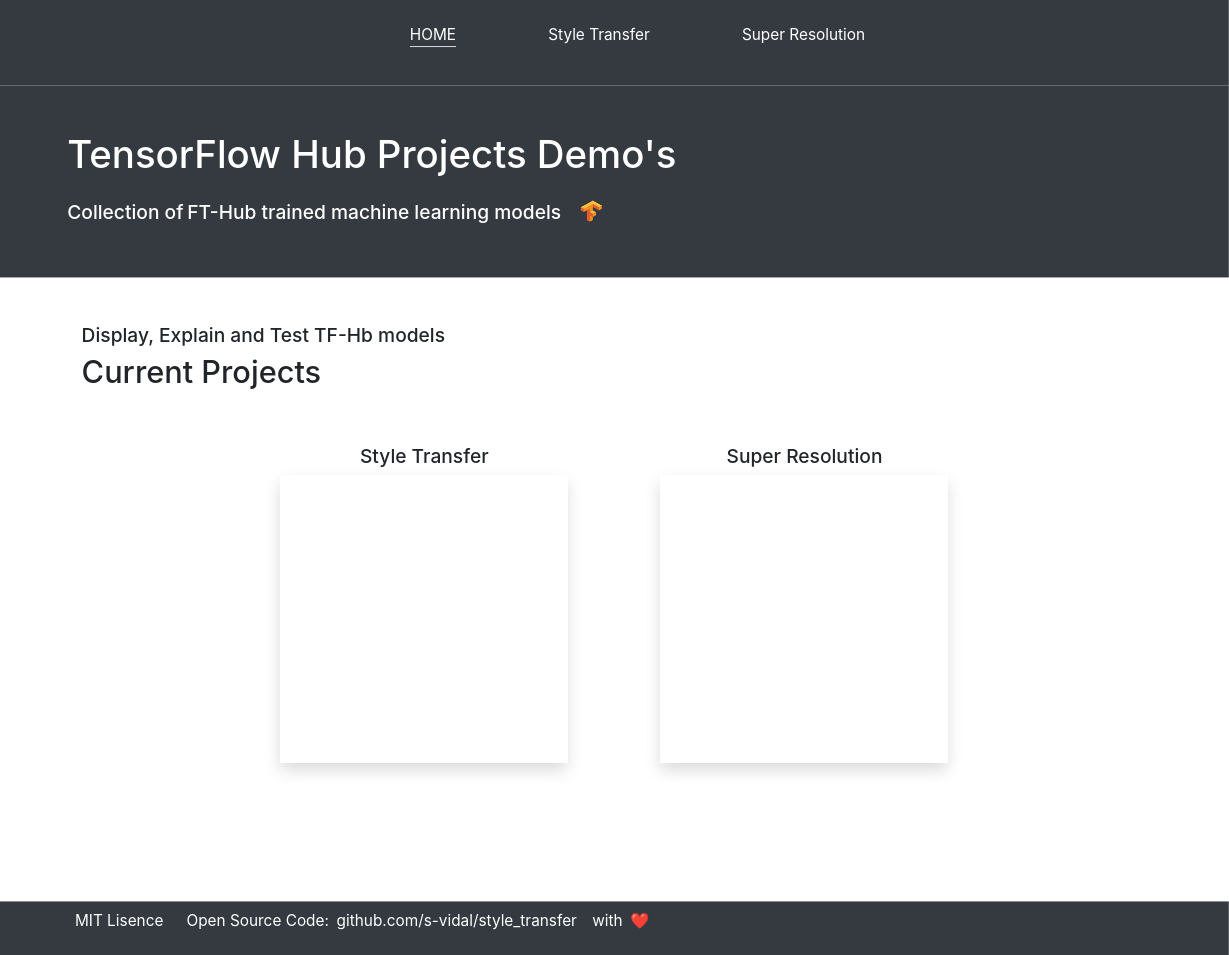
Repository: s-vidal/style_transfer
Page: / (app in client/)
These files come from the project's save history. The page is drawn as it stood at one moment and after the next save; the edit follows.
The browser window is 1280 px wide. The pictures show the whole page, at 96% of full size.
The page's requests for data from a server got no answer. The project was rebuilt for these pictures with package versions that can differ from the ones it lists, and the page was loaded fresh each time. A package was used in the major version that the imports need, not the one package.json lists. No one was signed in, and anything a server would have sent is missing. Also part of the build but not shown: client/src/components/DropZone.jsx, client/src/lib/api.js, client/src/components/Inference.jsx, client/src/components/Header.jsx, client/src/pages/StyleTransfer.jsx, client/src/pages/SuperResolution.jsx.

Above is the page before, as saved 2020-09-30 16:19:25.

### client/public/index.html
<!DOCTYPE html>
<html lang="en">
  <head>
    <meta charset="utf-8" />
    <link rel="icon" href="%PUBLIC_URL%/favicon.ico" />
    <meta name="viewport" content="width=device-width, initial-scale=1" />
    <meta name="theme-color" content="#000000" />
    <meta
      name="description"
      content="Web site created using create-react-app"
    />
    <link rel="apple-touch-icon" href="%PUBLIC_URL%/logo192.png" />
    <!--
      manifest.json provides metadata used when your web app is installed on a
      user's mobile device or desktop. See https://developers.google.com/web/fundamentals/web-app-manifest/
    -->
    <link rel="manifest" href="%PUBLIC_URL%/manifest.json" />
    <!--
      Notice the use of %PUBLIC_URL% in the tags above.
      It will be replaced with the URL of the `public` folder during the build.
      Only files inside the `public` folder can be referenced from the HTML.

      Unlike "/favicon.ico" or "favicon.ico", "%PUBLIC_URL%/favicon.ico" will
      work correctly both with client-side routing and a non-root public URL.
      Learn how to configure a non-root public URL by running `npm run build`.
    -->
    <!-- CSS only -->
    <link
      rel="stylesheet"
      href="https://stackpath.bootstrapcdn.com/bootstrap/4.5.2/css/bootstrap.min.css"
      integrity="sha384-JcKb8q3iqJ61gNV9KGb8thSsNjpSL0n8PARn9HuZOnIxN0hoP+VmmDGMN5t9UJ0Z"
      crossorigin="anonymous"
    />
    <title>React App</title>
  </head>
  <body>
    <noscript>You need to enable JavaScript to run this app.</noscript>
    <div id="root"></div>
    <!--
      This HTML file is a template.
      If you open it directly in the browser, you will see an empty page.

      You can add webfonts, meta tags, or analytics to this file.
      The build step will place the bundled scripts into the <body> tag.

      To begin the development, run `npm start` or `yarn start`.
      To create a production bundle, use `npm run build` or `yarn build`.
    -->
    <!-- JS, Popper.js, and jQuery -->
    <script
      src="https://code.jquery.com/jquery-3.5.1.slim.min.js"
      integrity="sha384-DfXdz2htPH0lsSSs5nCTpuj/zy4C+OGpamoFVy38MVBnE+IbbVYUew+OrCXaRkfj"
      crossorigin="anonymous"
    ></script>
    <script
      src="https://cdn.jsdelivr.net/npm/popper.js@1.16.1/dist/umd/popper.min.js"
      integrity="sha384-9/reFTGAW83EW2RDu2S0VKaIzap3H66lZH81PoYlFhbGU+6BZp6G7niu735Sk7lN"
      crossorigin="anonymous"
    ></script>
    <script
      src="https://stackpath.bootstrapcdn.com/bootstrap/4.5.2/js/bootstrap.min.js"
      integrity="sha384-B4gt1jrGC7Jh4AgTPSdUtOBvfO8shuf57BaghqFfPlYxofvL8/KUEfYiJOMMV+rV"
      crossorigin="anonymous"
    ></script>
  </body>
</html>

### client/src/App.js
import React from "react";
import {BrowserRouter as Router, Switch, Route} from "react-router-dom";
import "./App.css";
import StyleTransfer from "./pages/StyleTransfer";
import SuperResolution from "./pages/SuperResolution";
import Footer from "./components/Footer";
import NavBar from "./components/NavBar";
import HomePage from "./pages/HomePage";

function App() {
  return (
    <div>
      <Router>
        <NavBar />
        <Switch>
          <Route path="/super-resolution">
            <SuperResolution />
          </Route>
          <Route path="/style-transfer">
            <StyleTransfer />
          </Route>
          <Route path="/">
            <HomePage />
          </Route>
        </Switch>
        <Footer />
      </Router>
    </div>
  );
}

export default App;

### client/src/App.css
.vh-59 {
  min-height: 58.6vh;
}

.italic {
  font-style: italic;
}

### client/src/components/Footer.jsx
import React from "react";

const Footer = () => {
  return (
    <div className="text-white bg-dark">
      <div className="container mt-5">
        <div className="row p-2 mt-4">
          <p className="mr-4">MIT Lisence</p>
          <p>Open Source Code:</p>
          <a
            className="ml-2 text-white"
            href="https://github.com/s-vidal/style_transfer"
          >
            <span>github.com/s-vidal/style_transfer</span>
          </a>
          <p className="ml-3 mr-1"> with </p>
          <span role="img" aria-label="emoji" className="ml-1">
            ❤️
          </span>
        </div>
      </div>
    </div>
  );
};

export default Footer;

### client/src/components/NavBar.jsx
import React, {useState, useEffect} from "react";
import {Link, useLocation} from "react-router-dom";
import "./NavBar.css";

const NavBar = () => {
  const [currentPage, setCurrentPage] = useState("");
  const location = useLocation();

  useEffect(() => {
    const currentPath = location.pathname;
    setCurrentPage(currentPath.substring(1));
  }, [location]);

  return (
    <nav className="navbar navbar-expand-lg d-flex justify-content-center bg-dark pt-3 pb-3">
      <ul className="navbar-nav">
        <li className="nav-item">
          <Link className="nav-link pl-5 pr-5" to={"/"}>
            <div className="ml-5 ">
              <p
                className={
                  currentPage === ""
                    ? "text-white nav-text active border-bottom"
                    : "text-white nav-text"
                }
              >
                HOME
              </p>
            </div>
          </Link>
        </li>
        <li className="nav-item">
          <Link
            className="nav-link pl-5 pr-5 text-white"
            to={"/style-transfer"}
          >
            <p
              className={
                currentPage === "style-transfer"
                  ? "text-white nav-text active border-bottom"
                  : "text-white nav-text"
              }
            >
              Style Transfer
            </p>
          </Link>
        </li>
        <li className="nav-item active">
          <Link
            className="nav-link pl-5 pr-5 text-white"
            to={"/super-resolution"}
          >
            <p
              className={
                currentPage === "super-resolution"
                  ? "text-white nav-text active border-bottom"
                  : "text-white nav-text"
              }
            >
              Super Resolution
            </p>
          </Link>
        </li>
      </ul>
    </nav>
  );
};

export default NavBar;

### client/src/pages/HomePage.jsx
import React from "react";
import "../components/HomePage.css";

const HomePage = () => {
  return (
    <>
      <div className="bg-dark text-white p-4 pt-5 pb-5">
        <div className="container">
          <div className="row">
            <h1>TensorFlow Hub Projects Demo's</h1>
          </div>
          <div className="row mt-3">
            <h5>Collection of</h5>
            <a
              href="https://tfhub.dev/google/magenta/arbitrary-image-stylization-v1-256/2"
              className="pl-1 pr-1 text-white"
            >
              <h5>FT-Hub trained machine learning models</h5>
            </a>
            <img
              className="ml-3"
              src={require("../img/tf_logo.png")}
              alt="tf"
              width="22"
              height="22"
            ></img>
          </div>
        </div>
      </div>
      <div className="vh-59 p-5 pb-0">
        <div className="container">
          <h5>Display, Explain and Test TF-Hb models</h5>
          <div>
            <h2 className="mt-2">Current Projects</h2>
          </div>
          <div className="row d-flex justify-content-center">
            <div className="m-5">
              <h5 className="text-center">Style Transfer</h5>
              <div className="home-item shadow"></div>
            </div>
            <div className="m-5">
              <h5 className="text-center"> Super Resolution</h5>
              <div className="home-item shadow"></div>
            </div>
          </div>
        </div>
      </div>
    </>
  );
};

export default HomePage;

### client/src/components/NavBar.css
.nav-text:hover {
  border-bottom: 1px solid white;
  transition-duration: 0.5s ease-in-out;
}

### client/src/components/HomePage.css
.home-item {
  min-width: 300px;
  min-height: 300px;
}
.home-item:hover {
  cursor: pointer;
  transform: translate(3px, 3px);
  transition-duration: 0.5s ease-in-out;
}

Loaded but not shown: client/src/index.js (common file); client/src/index.css (common file); client/src/serviceWorker.js (common file)

After the next save:
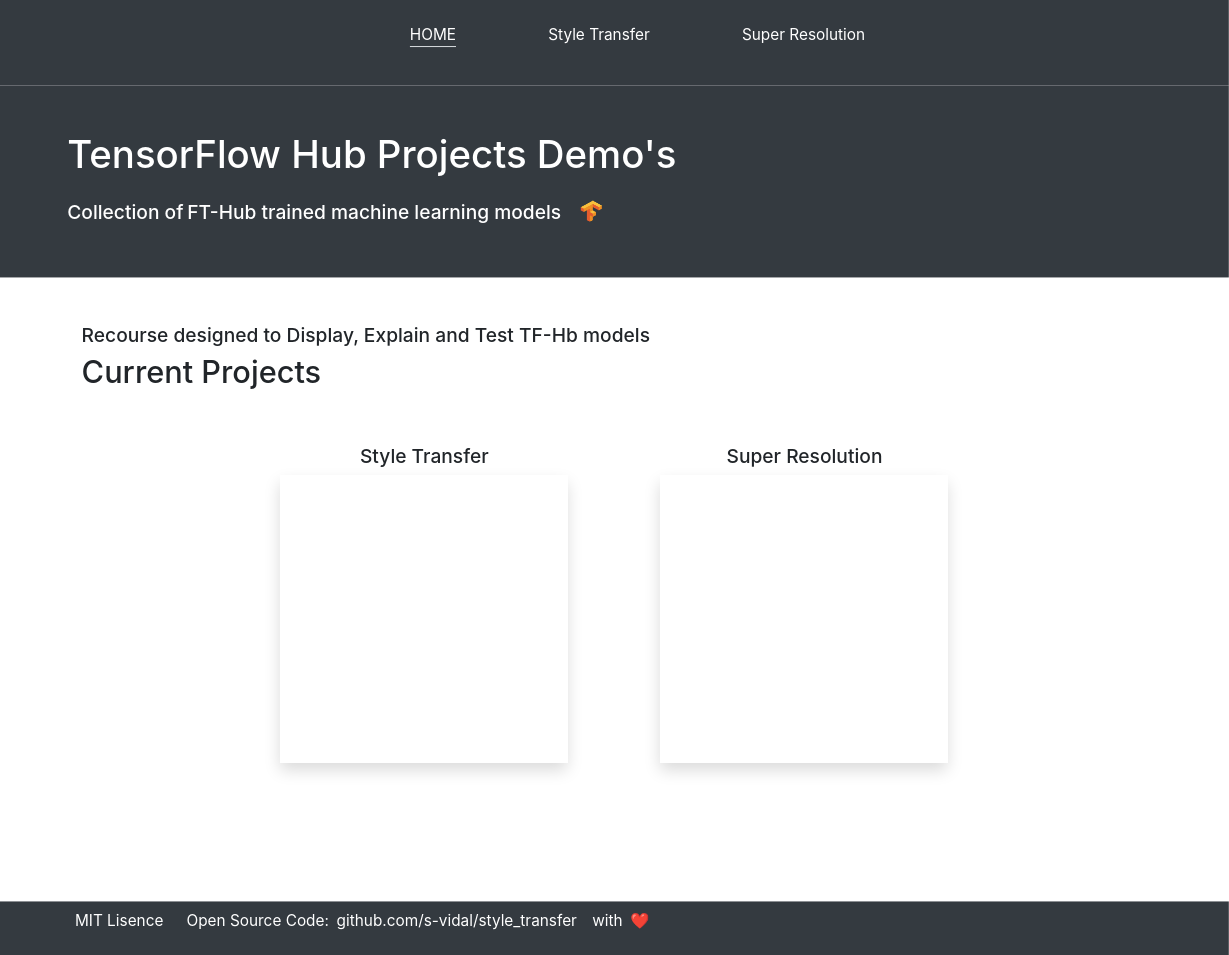
Saved 43 s later.
--- a/client/src/pages/HomePage.jsx
+++ b/client/src/pages/HomePage.jsx
@@ -29,7 +29,7 @@
       </div>
       <div className="vh-59 p-5 pb-0">
         <div className="container">
-          <h5>Display, Explain and Test TF-Hb models</h5>
+          <h5>Recourse designed to Display, Explain and Test TF-Hb models</h5>
           <div>
             <h2 className="mt-2">Current Projects</h2>
           </div>
